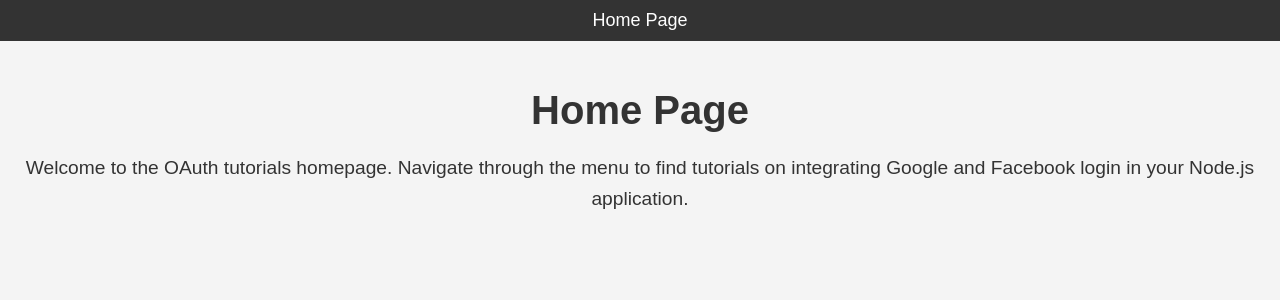
Repository: MostafaMohamed2001/Auth2
Page: http://localhost/
The author's editor kept a copy of each file at every save. The page is drawn from the files as they stood at one save, then again after the next save.
The browser window is 1280 px wide. The pictures show the whole page.
The page is served by the project's Node server (index.js). Other server files are loaded and not shown.

Above is the page before, as saved 2024-07-07 00:52:35.

### views/home.ejs
<!DOCTYPE html>
<html lang="en">
<head>
  <meta charset="UTF-8">
  <meta name="viewport" content="width=device-width, initial-scale=1.0">
  <title>OAuth Tutorials</title>
  <style>
    body {
      font-family: Arial, sans-serif;
      margin: 0;
      padding: 0;
      background-color: #f4f4f4;
      color: #333;
    }

    nav {
      background-color: #333;
      padding: 10px 0;
    }

    nav ul {
      list-style: none;
      padding: 0;
      margin: 0;
      display: flex;
      justify-content: center;
    }

    nav ul li {
      margin: 0 15px;
    }

    nav ul li a {
      color: #fff;
      text-decoration: none;
      font-size: 18px;
    }

    nav ul li a:hover {
      text-decoration: underline;
    }

    main {
      padding: 20px;
      text-align: center;
    }

    h1 {
      font-size: 2.5em;
      margin-bottom: 20px;
    }

    p {
      font-size: 1.2em;
      line-height: 1.6;
    }
  </style>
</head>
<body>
  <nav>
    <ul>
      <li><a href="/">Home Page</a></li>
    </ul>
  </nav>

  <main>
    <h1>Home Page</h1>
    <p>Welcome to the OAuth tutorials homepage. Navigate through the menu to find tutorials on integrating Google and Facebook login in your Node.js application.</p>
  </main>
</body>
</html>

### index.js
const express = require('express');

const passport = require('passport');

const authRoutes = require('./routes/auth2Route');

const app = express();


app.set('view engine', 'ejs')


app.use('/auth' ,authRoutes)
app.get('/', (req,res) => {
  res.render('home');
})
const PORT = process.env.PORT || 8000;
app.listen(PORT, () => {
  console.log(`Server is running on port ${PORT}`);
});

After the next save:
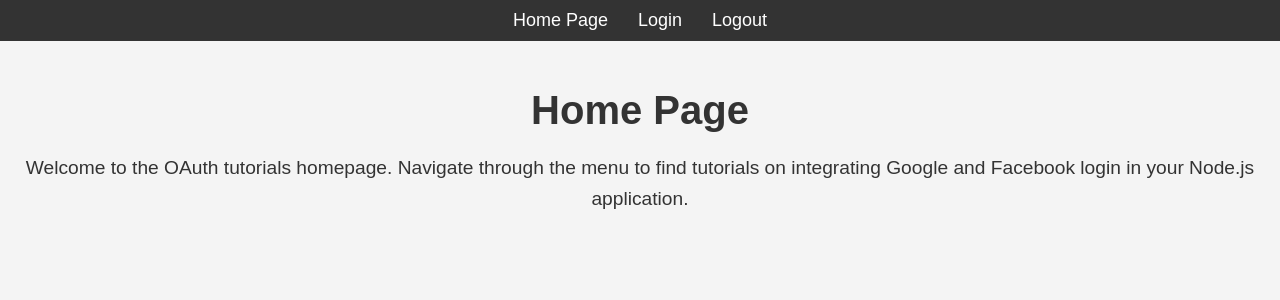
Saved 33 s later.
--- a/views/home.ejs
+++ b/views/home.ejs
@@ -60,6 +60,8 @@
   <nav>
     <ul>
       <li><a href="/">Home Page</a></li>
+      <li><a href="/auth/login">Login</a></li>
+      <li><a href="/auth/logout">Logout</a></li>
     </ul>
   </nav>
 
